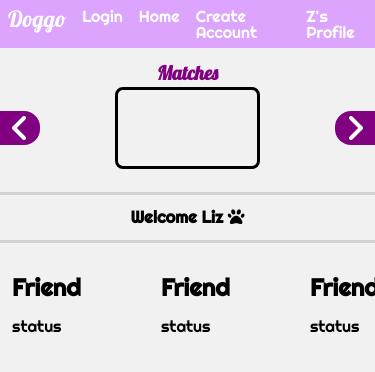
Repository: rh1456/capstone
Page: /1
The author's editor kept a copy of each file at every save. The page is drawn from the files as they stood at one save, then again after the next save.
The browser window is 375 px wide. The pictures show the whole page.
Some web libraries are served in a nearby version. The project was rebuilt for these pictures with package versions that can differ from the ones it lists, and the page was loaded fresh each time. Also part of the build but not shown: src/pages/DoggoLandingPage.jsx, src/pages/CreateAccout.jsx, src/pages/DogProfile.jsx.

Above is the page before, as saved 2019-12-19 14:34:05.

After the next save:
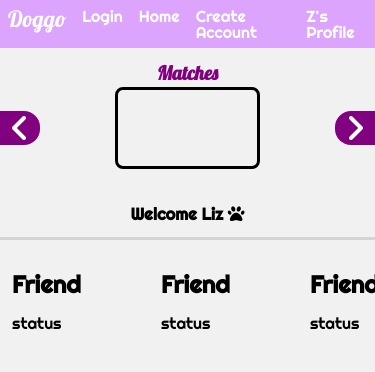
Saved 10 min 15 s later.
--- a/src/index.css
+++ b/src/index.css
@@ -196,7 +196,7 @@
     flex-direction: row;
     justify-content: space-between;
     align-items: center;
-    border-bottom: solid lightgrey;
+    /* border-bottom: solid lightgrey; */
     height: 8rem;
   }
   .friend-card {

After the save that followed:
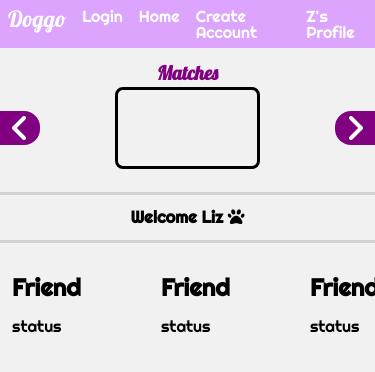
Saved 7 s later.
--- a/src/index.css
+++ b/src/index.css
@@ -196,7 +196,7 @@
     flex-direction: row;
     justify-content: space-between;
     align-items: center;
-    /* border-bottom: solid lightgrey; */
+    border-bottom: solid lightgrey;
     height: 8rem;
   }
   .friend-card {
